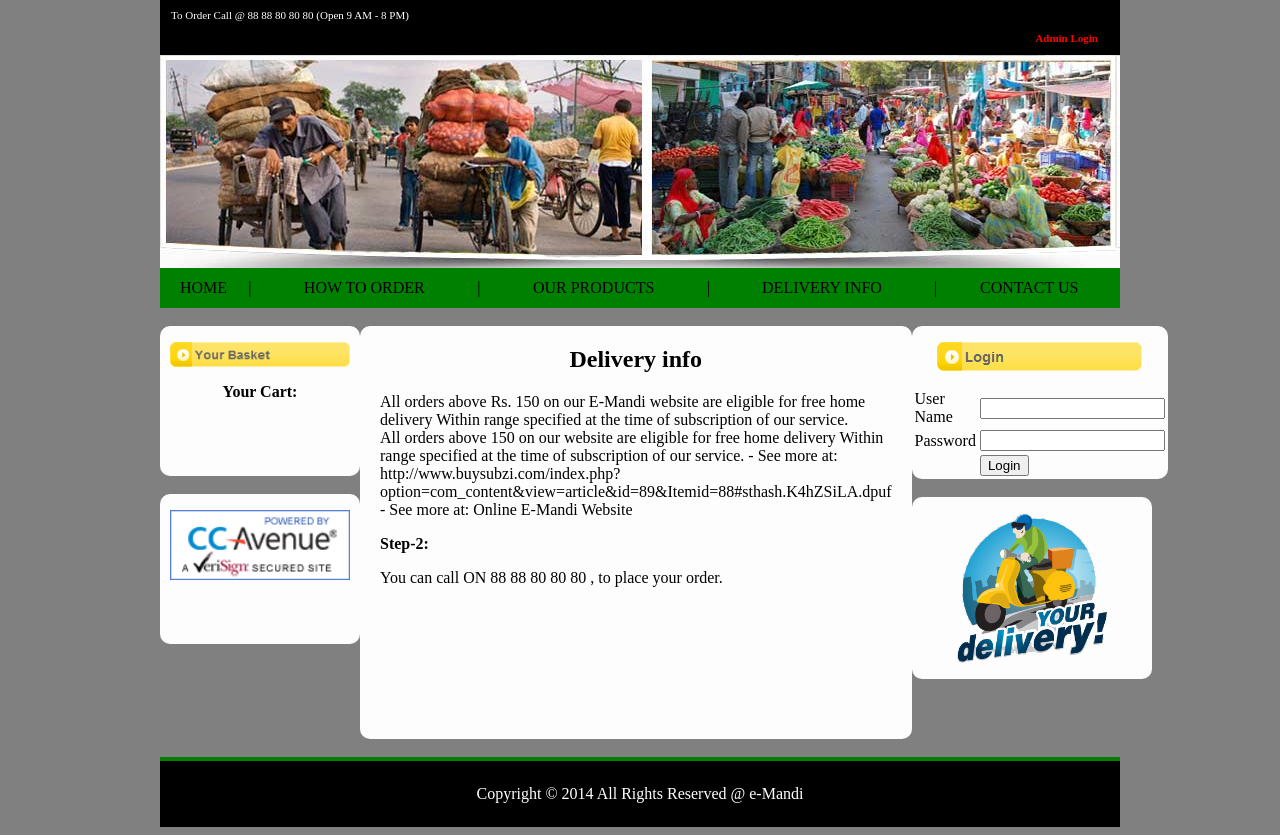
Repository: aashi12/e_mandi
Page: http://localhost/e_mandi/deliveryInfo.jsp
The author's editor kept a copy of each file at every save. The page is drawn from the files as they stood at one save, then again after the next save.
The browser window is 1280 px wide. The pictures show the whole page.
The page is served by Tomcat 9. Other server files are loaded and not shown.

Above is the page before, as saved 2014-04-18 12:19:33.

### e_mandi/WebContent/deliveryInfo.jsp
<%@ page language="java" contentType="text/html; charset=ISO-8859-1"
    pageEncoding="ISO-8859-1"%>
<!DOCTYPE html PUBLIC "-//W3C//DTD HTML 4.01 Transitional//EN" "http://www.w3.org/TR/html4/loose.dtd">
<html>
<head>
<meta http-equiv="Content-Type" content="text/html; charset=ISO-8859-1">
<title>Online e-Mandi</title>
<link rel="stylesheet" href="style.css" />
</head>
<body bgcolor="gray">
<div id="container">
<div id="main">
<table border="0" width="960" height="270" cellspacing="0" cellpadding="0">
<tr>
<td height="25" bgcolor="black" class="order"><p> &nbsp;&nbsp;&nbsp;&nbsp;To Order Call @ 88 88 80 80 80 (Open 9 AM - 8 PM)</p>
<p align="right" class="admin"><b><a href="admin.jsp">Admin Login</a> &nbsp; &nbsp; &nbsp; &nbsp;</b></p>
</td>
</tr>
<tr>
<td class="bann">
<!--  banner -->
</td>
</tr>
</table>
<table border="0" width="960" height="40" cellspacing="0" cellpadding="0">
<tr bgcolor="green">
<td align="center" class="tab"><a href="index.jsp">HOME</a></td>
<td align="center" class="tab">|</td>
<td align="center" class="tab"><a href="howToOrder.jsp">HOW TO ORDER</a></td>
<td align="center" class="tab">|</td>
<td align="center" class="tab"><a href="ourProducts.jsp">OUR PRODUCTS</a></td>
<td align="center" class="tab">|</td>
<td align="center" class="tab"><a href="deliveryInfo.jsp">DELIVERY INFO</a></td>
<td align="center" class="tab">|</td>
<td align="center" class="tab"><a href="contactUs.jsp">CONTACT US</a></td>
</tr>
</table>
<br/>
<table border="0" width="960" height="auto" cellspacing="0" cellpadding="0">
<tr>
<td width="200" valign="top">
<table class="basket" width="200" height="150" cellspacing="0" cellpadding="0" bgcolor="#fefdfd">
<tr>
<td align="center" valign="top">
<p><img src="images/basket.png" width="180"/></p>
<p class="bask"><b>Your Cart:</b></p>
</td>
</tr>
</table>
&nbsp;
<table class="basket" width="200" height="150" cellspacing="0" cellpadding="0" bgcolor="#fefdfd">
<tr>
<td align="center" valign="top">
<p><img src="images/ccav.gif" width="180"/></p>
</td>
</tr>
</table>
</td>
<td width="560" align="center" valign="top">
<table class="basket" border="0" width="500" height="150" cellspacing="0" cellpadding="0" bgcolor="#fefdfd">
<tr>
<td  valign="top">
<h2 align="center">Delivery info </h2>
<div id="con1">
<p>All orders above Rs. 150 on our E-Mandi website are eligible for free home delivery
Within range specified at the time of subscription of our service.
<br/>All orders above 150 on our website are eligible for free home delivery

Within range specified at the time of subscription of our service.
- See more at: http://www.buysubzi.com/index.php?option=com_content&view=article&id=89&Itemid=88#sthash.K4hZSiLA.dpuf
- See more at: Online E-Mandi Website</p>
<p><b>Step-2:</b></p>
<p>You can call ON    88 88 80 80 80 , to place your order.</p>

<p>&nbsp;</p>
<p>&nbsp;</p>
<p>&nbsp;</p>
<p>&nbsp;</p>
</div>
</td>
</tr>
</table>

</td>
<td width="300" valign="top">
<table border="0" class="basket" width="200" height="150" cellspacing="0" cellpadding="0" bgcolor="#fefdfd">
<tr>
<td align="center">
<p><img src="images/login.png" /></p>
<table width="240">
<tr>
<td>User Name</td>
<td><input type="text" name="uname"></td>
</tr>
<tr>
<td>Password</td>
<td><input type="password" name="pass"></td>
</tr>
<tr>
<td></td>
<td><input type="submit" value="Login"></td>
</tr>
</table>
</td>
</tr>
</table>
&nbsp;
<table border="0" class="basket" width="240" height="150" cellspacing="0" cellpadding="0" bgcolor="#fefdfd">
<tr>
<td align="center">
<p><img src="images/free.png" width="150" height="150" /></p>
</td>
</tr>
</table>
</td>
</tr>
</table>
&nbsp;
<table border="0" width="960" height="70" cellspacing="0" cellpadding="0">
<tr>
<td height="4" bgcolor="green"></td>
</tr>
<tr>
<td height="65" bgcolor="black" align="center" class="foot">
<p>Copyright &copy; 2014 All Rights Reserved @ e-Mandi</p>
</td>
</tr>
</table>
</div>
</div>
</body>
</html>

### e_mandi/WebContent/style.css
#container{margin-top:-10px;}
#main{margin: 0px auto;width:960px;}
.tab{color:#000;text-decoration:none;}
.tab a{color:#000;text-decoration:none;}
.tab a:hover{color:#fff;text-decoration:none;}
.tab12{color:#fff;text-decoration:none;}
.tab12 a{color:#fff;text-decoration:none;}
.tab12 a:hover{color:red;text-decoration:none;}
.bann{background-image: url(images/header.jpg);}
.order{color:#fff; font-size:11px;}
.free{padding-left:400px;}
.logo{padding-bottom:50px;}
.basket{border-radius:10px;}
.foot{color:#fff;}
.cat{color:#000;text-decoration:none;}
.cat a{color:red;text-decoration:none;}
.cat a:hover{color:green;text-decoration:none;}
.admin{color:red;text-decoration:none; }
.admin a{color:red; text-decoration:none;}
.admin a:hover{color:#fff;text-decoration:none; }
#con1{padding-left:20px;padding-right:20px;}
img{border:none;}
a{text-decoration:none;}
.log a{text-decoration:none;}
.section a{color:green;text-decoration:none;}
.section a:hover{color:red;text-decoration:none;}
.quick{color:green;text-decoration:underline;}
#login
{
	text-align:center;

}

After the next save:
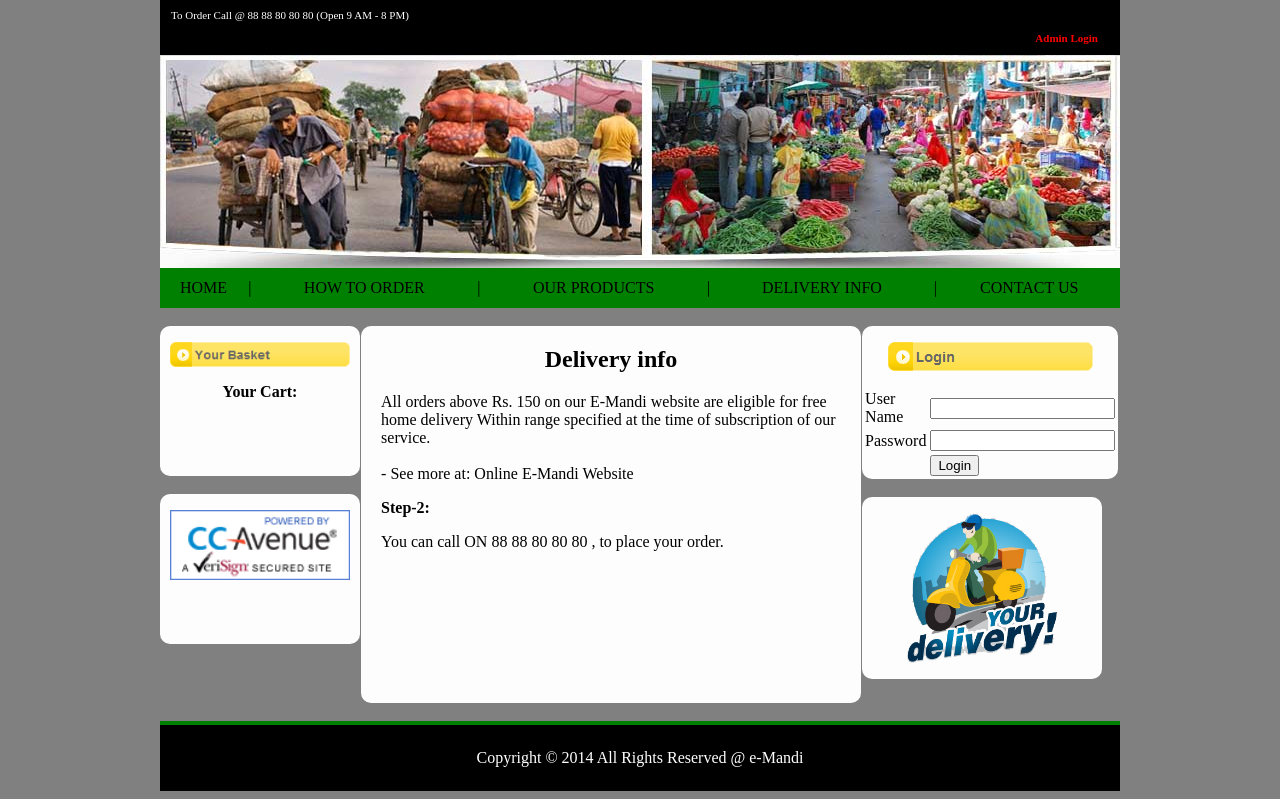
Saved 11 s later.
--- a/e_mandi/WebContent/deliveryInfo.jsp
+++ b/e_mandi/WebContent/deliveryInfo.jsp
@@ -64,10 +64,7 @@
 <div id="con1">
 <p>All orders above Rs. 150 on our E-Mandi website are eligible for free home delivery
 Within range specified at the time of subscription of our service.
-<br/>All orders above 150 on our website are eligible for free home delivery
-
-Within range specified at the time of subscription of our service.
-- See more at: http://www.buysubzi.com/index.php?option=com_content&view=article&id=89&Itemid=88#sthash.K4hZSiLA.dpuf
+<br/><br/>
 - See more at: Online E-Mandi Website</p>
 <p><b>Step-2:</b></p>
 <p>You can call ON    88 88 80 80 80 , to place your order.</p>
